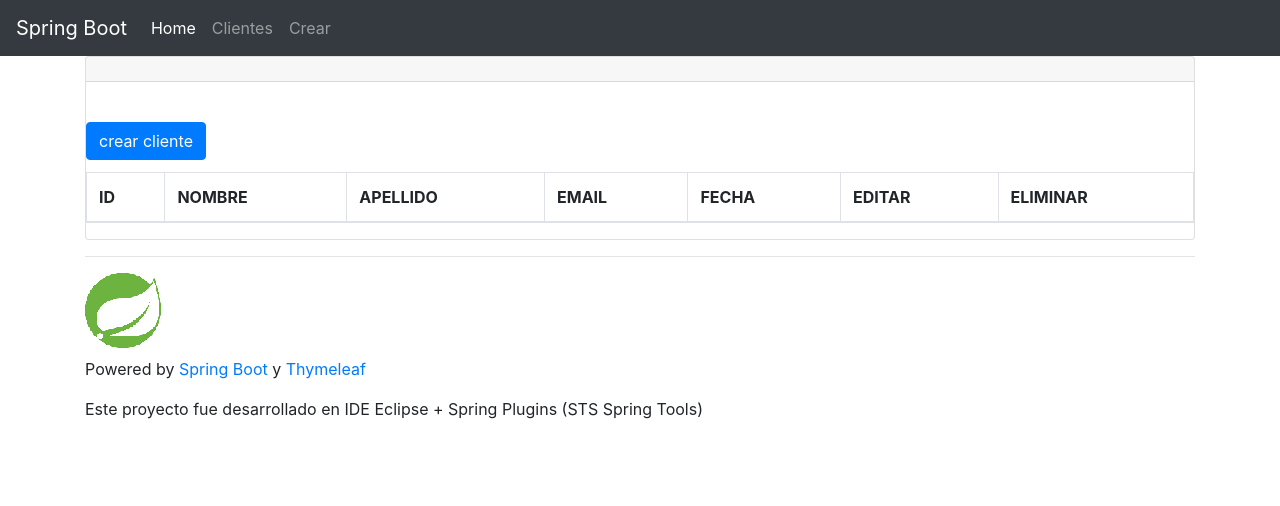
Repository: yazdebi/CursoSpring
Page: http://localhost/listar
An editor plug-in stored every save of this project. The page is shown before and after the next save, followed by the edit.
The browser window is 1280 px wide. The pictures show the whole page.
The page is this project's Thymeleaf template; nobody is signed in. The template is opened directly, without the code that normally fills it, so the values that code supplies are empty.

Above is the page before, as saved 2020-04-23 21:49:11.

After the next save:
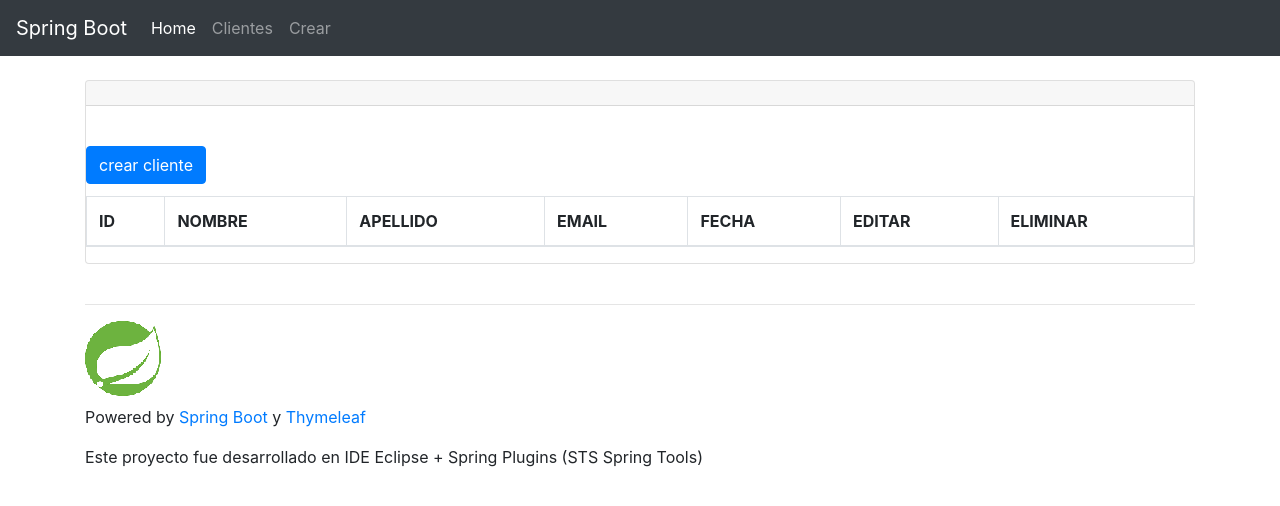
Saved 3 min 27 s later.
--- a/spring-boot-data-jpa/src/main/resources/templates/listar.html
+++ b/spring-boot-data-jpa/src/main/resources/templates/listar.html
@@ -4,9 +4,9 @@
 </head>
 <body >
 <header th:replace="layout/layout :: header"></header>
-<div class="container">
+<div class="container py-4">
 
-<div class="card">
+<div class="card bg-ligth">
 <div class = "card-header" th:text="${titulo}"></div>
 <div class = "card-body"></div>
 	<h4 class="card-title">
